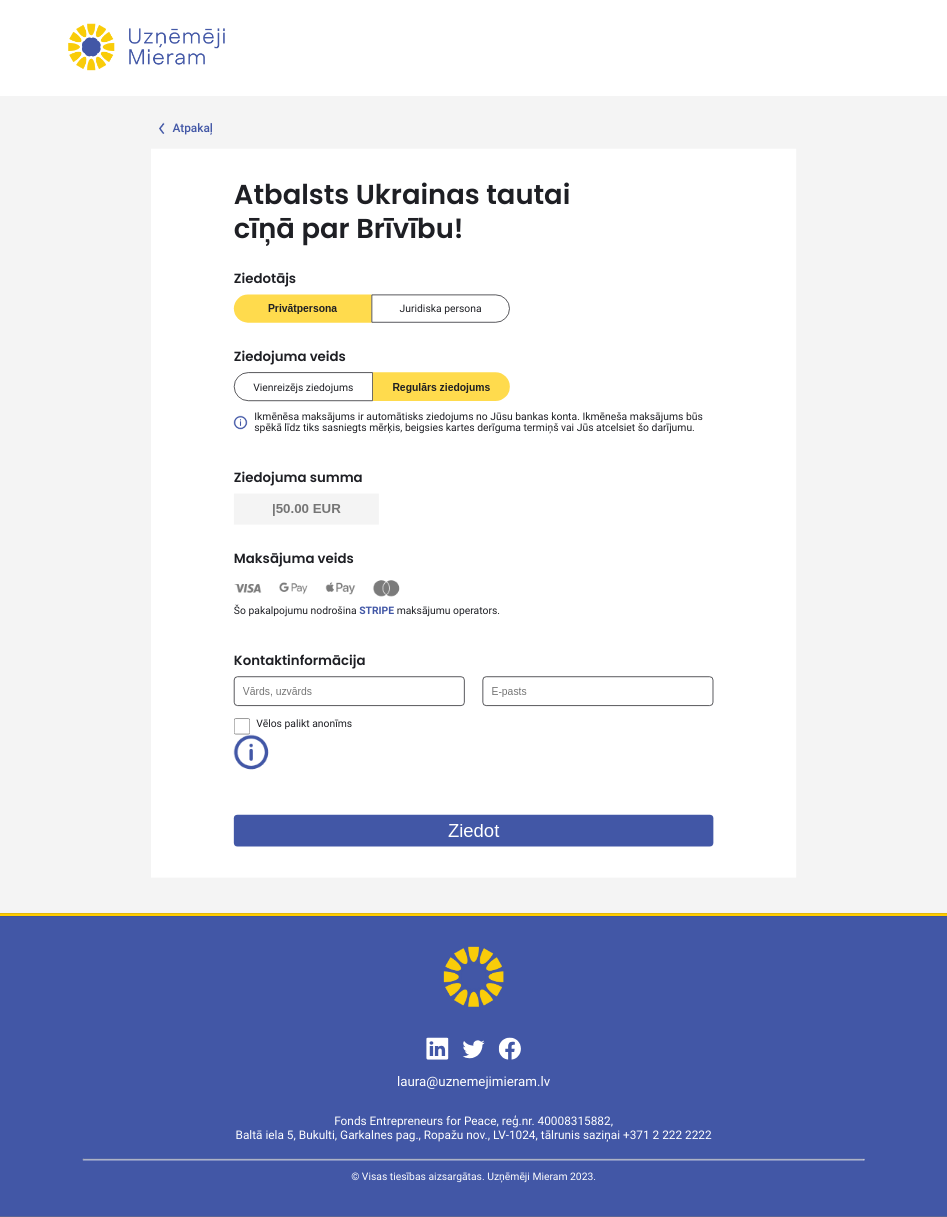
Repository: KatrinaPa/projekts_jul
Page: donate_Ukr-private-regular.html
An editor plug-in stored every save of this project. The page is shown before and after the next save, followed by the edit.
The browser window is 1280 px wide. The pictures show the whole page, at 74% of full size.

Above is the page before, as saved 2023-07-24 17:00:33.
Console error: TypeError: Cannot read properties of null (reading 'addEventListener')

### donate_Ukr-private-regular.html
<!DOCTYPE html>
<html lang="en">

<head>
    <meta charset="UTF-8">
    <meta http-equiv="X-UA-Compatible" content="IE=edge">
    <meta name="viewport" content="width=device-width, initial-scale=1.0">
    <title>Ukrainas tautai</title>
    <link href="https://fonts.googleapis.com/css2?family=Jost:wght@400;700&display=swap" rel="stylesheet" />
    <link rel="stylesheet" href="assets/main.css" />
    <link rel="stylesheet" href="assets/donate-page.css" />
    <link rel="stylesheet" href="assets/donate-page-private-regular.css" />
    <link rel="stylesheet" href="https://cdnjs.cloudflare.com/ajax/libs/font-awesome/6.2.0/css/all.min.css" />
    <script src="assets/main.js" defer></script>
</head>

<body>
    <div class="panel">
        <header class="header">
            <div class="header-content">
                <nav class="navbar">
                    <a href="sakums.html" id="project-nav-home"><img src="assets/images/UM_logo.png"
                            alt="uznemejiMieram" id="logo"></a>
                    <a href="sakums.html" id="project-nav-home-mob"><img src="assets/images/UM_simbols.png"
                            alt="uznemejiMieram" id="logo-mob"></a>
                </nav>
            </div>
        </header>
        <section id="donate_wrapper" class="donate_section">
            <div class="section-content">
                <div class="donate-centred">
                    <div class="back-toProject"><a href="sakums.html">
                            <button class="back-btn">
                                <img src="assets/images/arrow_left.png" alt="left" id="arrow-left">
                            </button>
                            <div>
                                <div>Atpakaļ</div>
                            </div>
                        </a></div>
                    <div class="donate_page">
                        <h1>Atbalsts Ukrainas tautai<br>cīņā par Brīvību!</h1>
                        <div class="donation_type">
                            <h4>Ziedotājs</h4>
                            <div>
                                <button class="individual" id="individual-donate">Privātpersona</button>
                                <a href="donate_Ukr-legal-onetime.html" class="legal" id="legal-donate">Juridiska
                                    persona</a>
                            </div>
                            <h4>Ziedojuma veids</h4>
                            <div>
                                <a href="donate_Ukr-private-onetime.html" class="one-time"
                                    id="one-time-donate">Vienreizējs
                                    ziedojums</a>
                                <button class="regular" id="regular-donate">Regulārs ziedojums</button>
                            </div>
                            <div class="info-regular">
                                <img src="assets/images/info.png" alt="info" id="info-icon">
                                <p>Ikmēnēsa maksājums ir automātisks ziedojums no Jūsu bankas konta. Ikmēneša maksājums
                                    būs spēkā līdz tiks sasniegts mērķis, beigsies kartes derīguma termiņš vai Jūs
                                    atcelsiet šo darījumu.
                                </p>
                            </div>
                            <h4>Ziedojuma summa</h4>
                            <div>
                                <input class="enter-donation" type="text" placeholder="|50.00 EUR" />
                            </div>
                            <h4>Maksājuma veids</h4>
                            <div class="payment_logo">
                                <img src="assets/images/Visa_logo.png" alt="Visa" id="visa_logo">
                                <img src="assets/images/googlepay_logo.png" alt="Google Pay" id="google-pay_logo">
                                <img src="assets/images/applepay_logo.png" alt="Apple Pay" id="apple-pay_logo">
                                <img src="assets/images/MasterCard_logo.png" alt="MasterCard" id="master-card_logo">
                            </div>
                            <p>Šo pakalpojumu nodrošina <span>STRIPE</span> maksājumu operators.</p>
                        </div>
                        <div class="contact-details">
                            <h4>Kontaktinformācija</h4>
                            <form action="#" class="placehold_button">
                                <div class="inputs-details">
                                    <input type="text" placeholder="Vārds, uzvārds" />
                                    <input type="email" placeholder="E-pasts" />
                                </div>
                                <div class="checkbox_display">
                                    <div>
                                        <input type="checkbox" name="no-display" id="display-no" />
                                        <label for="display-no">Vēlos palikt anonīms</label>
                                    </div>
                                    <img src="assets/images/info.png" alt="info" id="info-icon">
                                </div>
                                <button type="submit" class="buttonContinue">Ziedot</button>
                            </form>
                        </div>
                    </div>
                </div>
            </div>
        </section>
        <div class="yellow-bottom"></div>
        </main>
        <footer>
            <div class="about">
                <img src="assets/images/UM_simbols.png" alt="uznemejiMieram">
                <div class="social">
                    <svg xmlns="http://www.w3.org/2000/svg" width="30" height="30" fill="#ffffff" class="bi bi-linkedin"
                        viewBox="0 0 16 16">
                        <path
                            d="M0 1.146C0 .513.526 0 1.175 0h13.65C15.474 0 16 .513 16 1.146v13.708c0 .633-.526 1.146-1.175 1.146H1.175C.526 16 0 15.487 0 14.854V1.146zm4.943 12.248V6.169H2.542v7.225h2.401zm-1.2-8.212c.837 0 1.358-.554 1.358-1.248-.015-.709-.52-1.248-1.342-1.248-.822 0-1.359.54-1.359 1.248 0 .694.521 1.248 1.327 1.248h.016zm4.908 8.212V9.359c0-.216.016-.432.08-.586.173-.431.568-.878 1.232-.878.869 0 1.216.662 1.216 1.634v3.865h2.401V9.25c0-2.22-1.184-3.252-2.764-3.252-1.274 0-1.845.7-2.165 1.193v.025h-.016a5.54 5.54 0 0 1 .016-.025V6.169h-2.4c.03.678 0 7.225 0 7.225h2.4z" />
                    </svg>
                    <svg xmlns="http://www.w3.org/2000/svg" width="30" height="30" fill="#ffffff" class="bi bi-twitter"
                        viewBox="0 0 16 16">
                        <path
                            d="M5.026 15c6.038 0 9.341-5.003 9.341-9.334 0-.14 0-.282-.006-.422A6.685 6.685 0 0 0 16 3.542a6.658 6.658 0 0 1-1.889.518 3.301 3.301 0 0 0 1.447-1.817 6.533 6.533 0 0 1-2.087.793A3.286 3.286 0 0 0 7.875 6.03a9.325 9.325 0 0 1-6.767-3.429 3.289 3.289 0 0 0 1.018 4.382A3.323 3.323 0 0 1 .64 6.575v.045a3.288 3.288 0 0 0 2.632 3.218 3.203 3.203 0 0 1-.865.115 3.23 3.23 0 0 1-.614-.057 3.283 3.283 0 0 0 3.067 2.277A6.588 6.588 0 0 1 .78 13.58a6.32 6.32 0 0 1-.78-.045A9.344 9.344 0 0 0 5.026 15z" />
                    </svg>
                    <svg xmlns="http://www.w3.org/2000/svg" width="30" height="30" fill="#ffffff" class="bi bi-facebook"
                        viewBox="0 0 16 16">
                        <path
                            d="M16 8.049c0-4.446-3.582-8.05-8-8.05C3.58 0-.002 3.603-.002 8.05c0 4.017 2.926 7.347 6.75 7.951v-5.625h-2.03V8.05H6.75V6.275c0-2.017 1.195-3.131 3.022-3.131.876 0 1.791.157 1.791.157v1.98h-1.009c-.993 0-1.303.621-1.303 1.258v1.51h2.218l-.354 2.326H9.25V16c3.824-.604 6.75-3.934 6.75-7.951z" />
                    </svg>
                </div>
                <div class="contacts">
                    <p>laura@uznemejimieram.lv</p>
                    <p>Fonds Entrepreneurs for Peace, reģ.nr. 40008315882, <br> Baltā iela 5, Bukulti, Garkalnes pag.,
                        Ropažu
                        nov., LV-1024, tālrunis saziņai +371 2 222 2222</p>
                </div>
            </div>
            <div class="copy">
                <hr>
                <p>© Visas tiesības aizsargātas. Uzņēmēji Mieram 2023.</p>
            </div>
        </footer>
    </div>

</body>

</html>

### assets/donate-page.css
#donate_wrapper {
    background-color: #f4f4f4;
}

.donate_section {
    font-family: 'Roboto';
    padding: 0 3rem 0 3rem;
}

.donate-centred {
    display: flex;
    align-items: center;
    flex-direction: column;
}

.back-toProject {
    width: 54.5rem;
    padding: 2rem 0 1rem 0;
}

.back-toProject a {
    text-decoration: none;
    color: #4257A6;
    font-size: 16px;
    font-weight: 500;
    margin-block-start: 0;
    display: flex;
}

.back-btn {
    border: 0;
    background: transparent;
    cursor: pointer;
}

.back-btn img {
    width: 45%;
    padding-top: 0.1rem;
}

.donate_page {
    width: 54.5rem;
    background-color: #ffffff;
    color: #1E1F24;
    margin-bottom: 3rem;
}

h1 {
    color: #1E1F24;
    font-weight: 600;
    font-size: 37px;
    line-height: 45px;
    padding: 2.5rem 7rem 0 7rem;
}

.donation_type {
    padding: 0 7rem 0 7rem;
}

h4 {
    font-size: 18px;
    font-weight: 600;
    margin: 2rem 0 0.5rem 0;
    font-family: 'Poppins';
}

.donation_type div {
    display: flex;
    flex-direction: row;
    justify-content: flex-start;
}

.info-regular {
    display: flex;
    gap: 0.6rem;
}

.info-regular img {
    width: 18px;
    height: 18px;
    margin-block-start: 1.2rem;
}

.donation_type p {
    font-size: 14px;
    font-weight: 400;
    margin-block-start: 0.7rem;
}

.donation_type p (:first-child) {
    width: 50%;
}

.donation_type span {
    color: #4257A6;
    font-weight: 600;
}

.checkbox_display div {
    display: flex;
    flex-direction: row;
    align-items: flex-start;
    gap: 0.5rem;
    width: 60%;
}

#display-no {
    width: 1.4rem;
    height: 1.4rem;
    margin: 0;
}

.checkbox_display label {
    font-size: 14px;
    font-weight: 400;
}

.one-time,
.individual {
    color: #1E1F24;
    font-size: 14px;
    width: 11.6rem;
    height: 2.36rem;
    display: flex;
    justify-content: center;
    align-items: center;
    text-decoration: none;
    border: none;
    border-radius: 20px 0 0 20px;
    font-weight: 400;
    cursor: pointer;
}

.legal,
.regular {
    color: #1E1F24;
    font-size: 14px;
    width: 11.6rem;
    height: 2.36;
    display: flex;
    justify-content: center;
    align-items: center;
    text-decoration: none;
    border-radius: 0 20px 20px 0;
    border: none;
    font-weight: 400;
    margin-block-end: 0;
    cursor: pointer;
}

.legal:hover,
.regular:hover,
.one-time:hover,
.individual:hover {
    background-color: #ffcc00;
    font-weight: 700;
}

.enter-donation {
    background-color: #f4f4f4;
    color: #615c5c;
    font-size: 18px;
    height: 2.5rem;
    width: 12rem;
    text-align: center;
    border: none;
    font-weight: 700;
    margin-block-start: 0;
}

.payment_logo {
    align-items: center;
    gap: 1.5rem;
    margin-top: 1rem;
}

#visa_logo,
#google-pay_logo,
#apple-pay_logo,
#master-card_logo {
    cursor: pointer;
}

.contact-details {
    display: flex;
    flex-direction: column;
    padding: 0 7rem 0 7rem;
}

.inputs-details {
    display: flex;
    gap: 1.5rem;
    margin-bottom: 1rem;
}

.contact-details input {
    border-radius: 5px;
    padding: 0.7rem 0.7rem;
    width: 100%;
    border: solid 1px #1E1F24;
    font-size: 14px;
}

.buttonContinue {
    margin: 3.6rem 0 2.6rem 0;
    width: 100%;
    background-color: #4257A6;
    color: #ffffff;
    font-size: 25px;
    font-weight: 500;
    height: 2.69rem;
    text-decoration: none;
    border-radius: 5px;
    border: none;
    cursor: pointer;
}

.yellow-bottom {
    height: 0.25rem;
    background-color: #ffcc00;
}

@media (min-width: 1280px) {

    .section-content {
        margin: 0 auto;
        padding: 0;
    }
}

@media screen and (max-width: 1279px) {

    .donate_section {
        padding: 0 5rem 0 5rem;
    }

    .back-toProject {
        width: 100%;
    }

    .donate_page {
        width: 100%;
    }

    h1 {
        padding: 2.5rem 6rem 0 6rem;
    }

    .donation_type {
        padding: 0 6rem 0 6rem;
    }

    .contact-details {
        padding: 0 6rem 0 6rem;
    }

    .contact-details input {
        margin-top: 1rem;
        width: auto;
    }

    .inputs-details {
        gap: 0.5rem;
        flex-direction: column;
    }

    .checkbox_display div {
        width: 100%;
    }
}

@media screen and (max-width: 700px) {

    .donate_section {
        padding: 0;
    }

    .back-toProject {
        width: 90%;
    }

    h1 {
        padding: 1.5rem 1.5rem 0 1.5rem;
        width: 90%;
        font-size: 26px;
        line-height: 40px;
    }

    h4 {
        font-size: 14px;
    }

    .donation_type {
        padding: 1.5rem 1.5rem 0 1.5rem;
    }

    .donation_type p {
        width: 80%;
    }

    .contact-details {
        padding: 0 1.5rem 0 1.5rem;
    }

    .one-time,
    .individual,
    .legal,
    .regular {
        font-size: 12px;
        width: 100%;
    }

    .inputs-details {
        margin-bottom: 2rem;
        flex-direction: column;
    }

    .checkbox_display label {
        font-size: 12px;
    }

    .enter-donation {
        width: 100%;
    }
}

### assets/donate-page-private-regular.css
#one-time-donate {
    background-color: #ffffff;
    border: 1px solid #1E1F24;
}

#one-time-donate:hover {
    background-color: #ffcc00;
    border: none;
}

#regular-donate {
    background-color: #FFDB4D;
    font-weight: 600;
    cursor: auto;
}

#individual-donate {
    background-color: #FFDB4D;
    font-weight: 600;
    cursor: auto;
}

#legal-donate {
    background-color: #ffffff;
    border: 1px solid #1E1F24;
}

#legal-donate:hover {
    background-color: #ffcc00;
    border: none;
}

Loaded but not shown: assets/main.js (97 lines, source omitted); assets/main.css (1433 lines, source omitted)

After the next save:
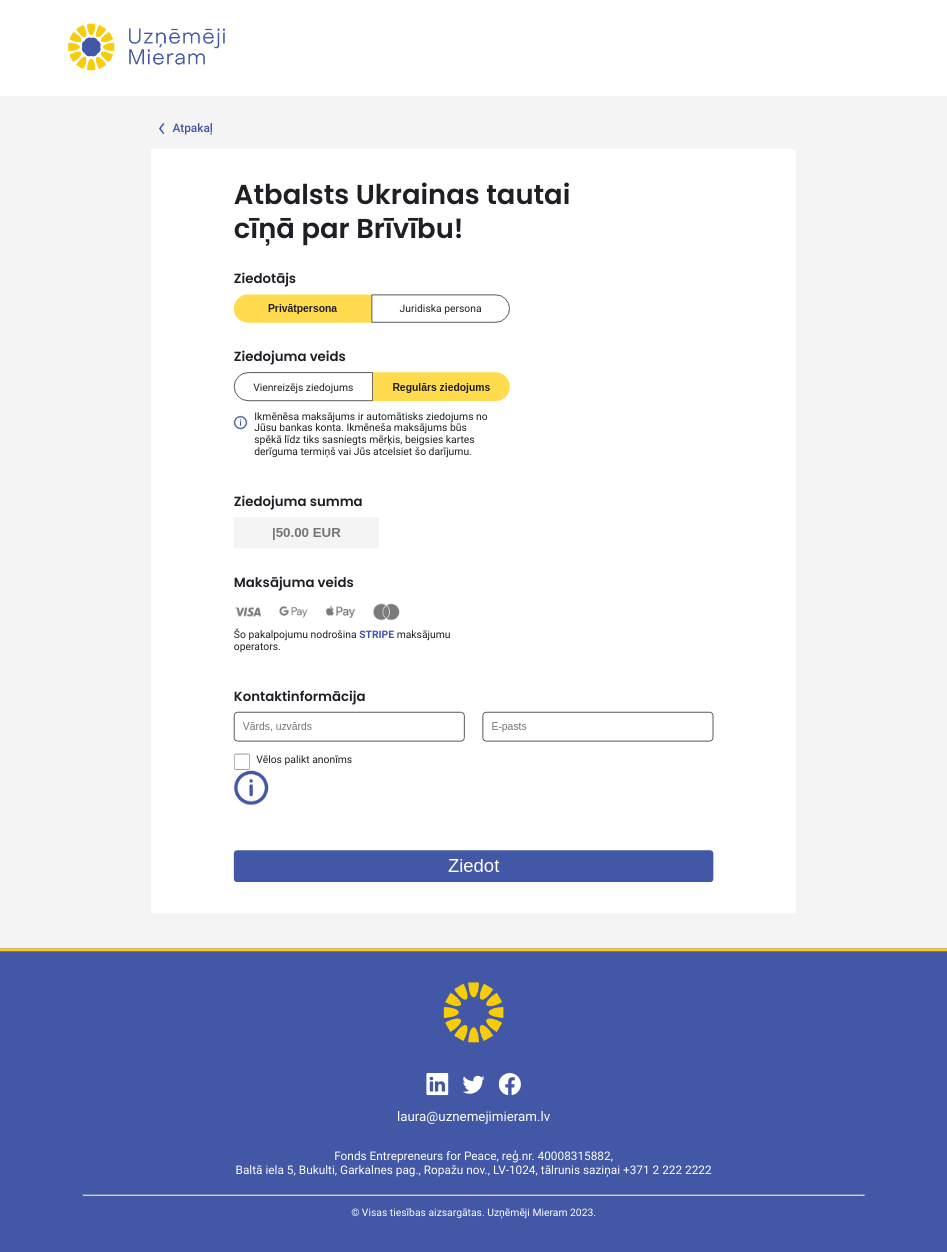
Saved 116 s later.
--- a/assets/donate-page.css
+++ b/assets/donate-page.css
@@ -85,10 +85,11 @@
     font-size: 14px;
     font-weight: 400;
     margin-block-start: 0.7rem;
-}
-
-.donation_type p (:first-child) {
     width: 50%;
+}
+
+.donation_type p (:not(:first-child)) {
+    width: 100%;
 }
 
 .donation_type span {

After the 2 saves that followed:
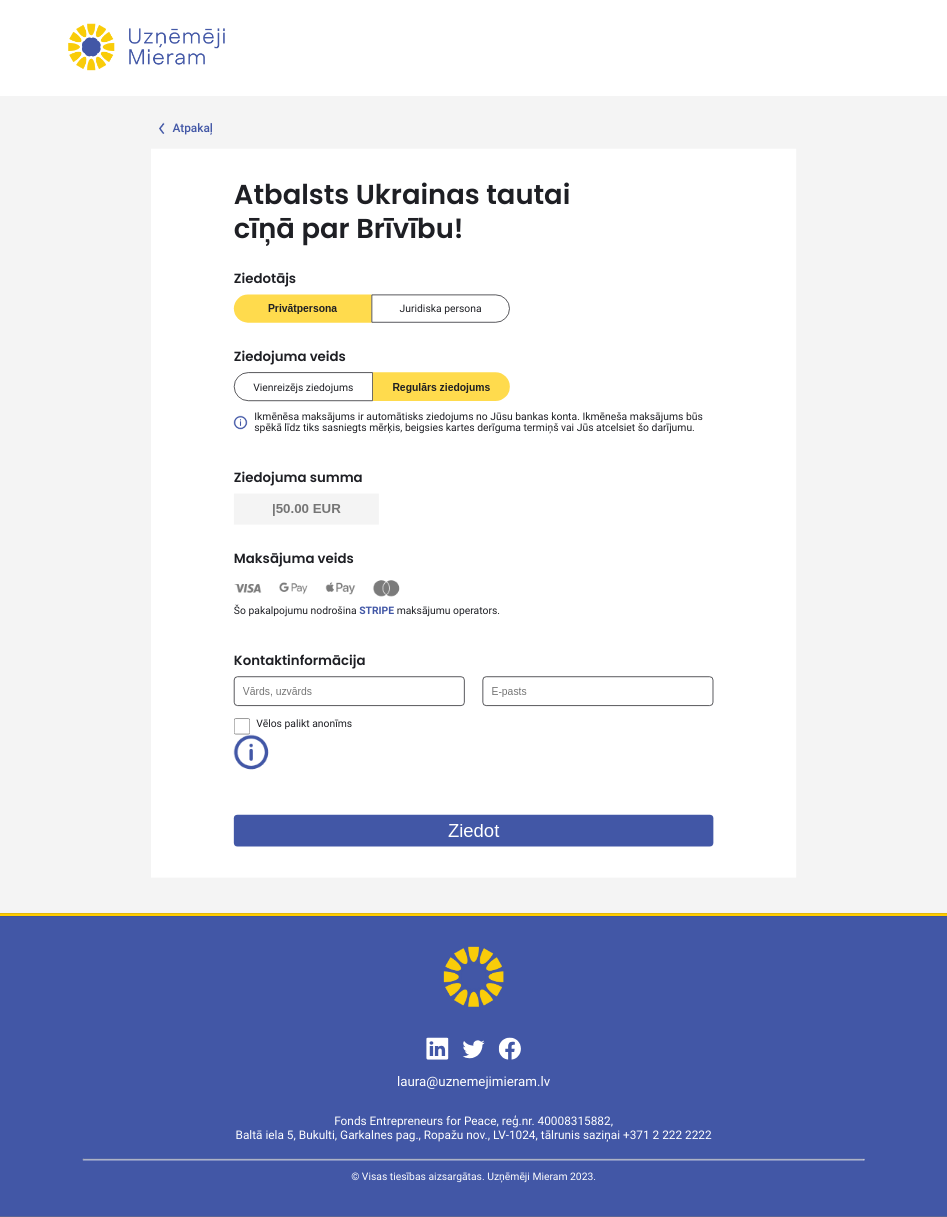
The 2 saves are shown as one change because 1 left the picture as it was.
The last was saved 27 s later.
--- a/assets/donate-page.css
+++ b/assets/donate-page.css
@@ -88,7 +88,7 @@
     width: 50%;
 }
 
-.donation_type p (:not(:first-child)) {
+.donation_type p:not(:first-child) {
     width: 100%;
 }
 
